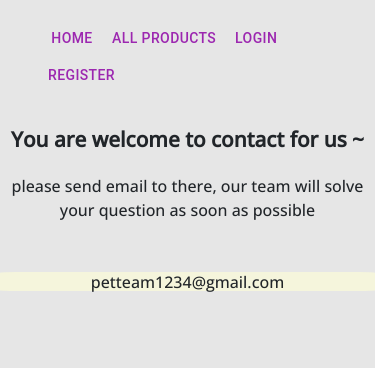
Repository: dzwfighting/pet
Page: /contact
These files come from the project's save history. The page is drawn as it stood at one moment and after the next save; the edit follows.
The browser window is 375 px wide. The pictures show the whole page.
The project was rebuilt for these pictures with package versions that can differ from the ones it lists, and the page was loaded fresh each time. Also part of the build but not shown: src/components/homeComponent.js, src/components/Layout.js, src/components/checkoutComponent.js, src/fake-data/products.js, src/styles/css/cart.css, src/components/ShopCartComponent.js, src/components/productsDetail.js, src/manipulate/checkValid.js and 10 more.

Above is the page before, as saved 2023-08-20 10:24:03.

After the next save:
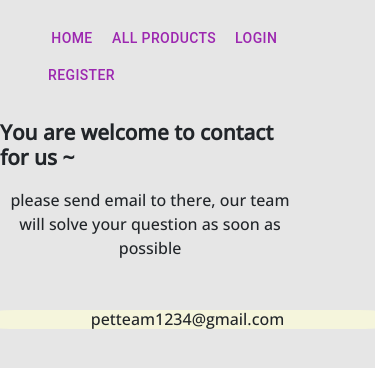
Saved 19 s later.
--- a/src/styles/css/contact.css
+++ b/src/styles/css/contact.css
@@ -51,6 +51,9 @@
   }
 }
 @media screen and (max-width: 480px) {
+  .contactContainerSet {
+    width: 80vw;
+  }
   .contactContainerSet h3 {
     font-size: 1.3rem;
   }
